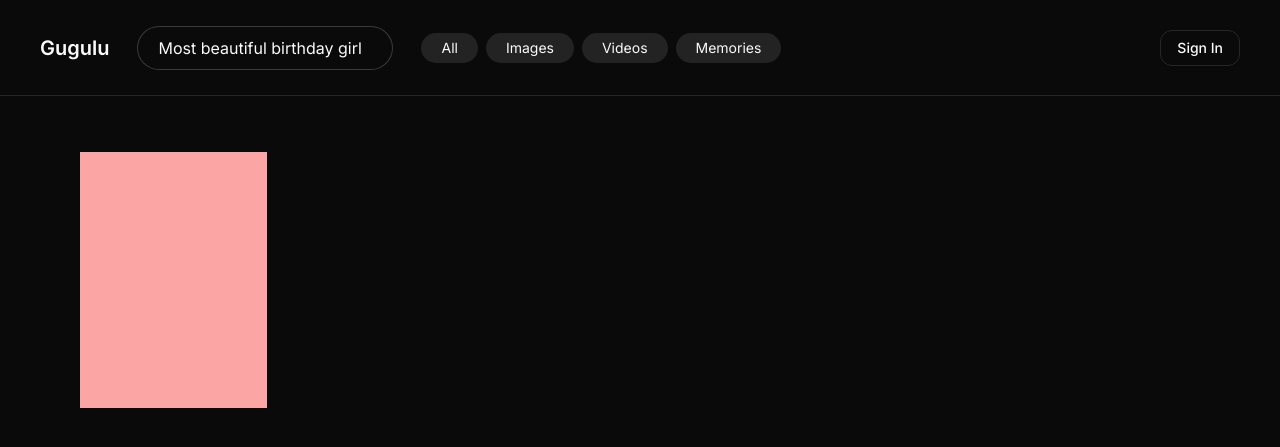
Repository: Harshgoel17/anshfinal
Page: /srishti/images
The author's editor kept a copy of each file at every save. The page is drawn from the files as they stood at one save, then again after the next save.
The browser window is 1280 px wide. The pictures show the whole page.
The project was rebuilt for these pictures with package versions that can differ from the ones it lists, and the page was loaded fresh each time. The framework's server and built-in components were replaced by stand-ins that run in the browser. Also part of the build but not shown: next.config.js.

Above is the page before, as saved 2023-10-06 16:33:43.

After the next save:
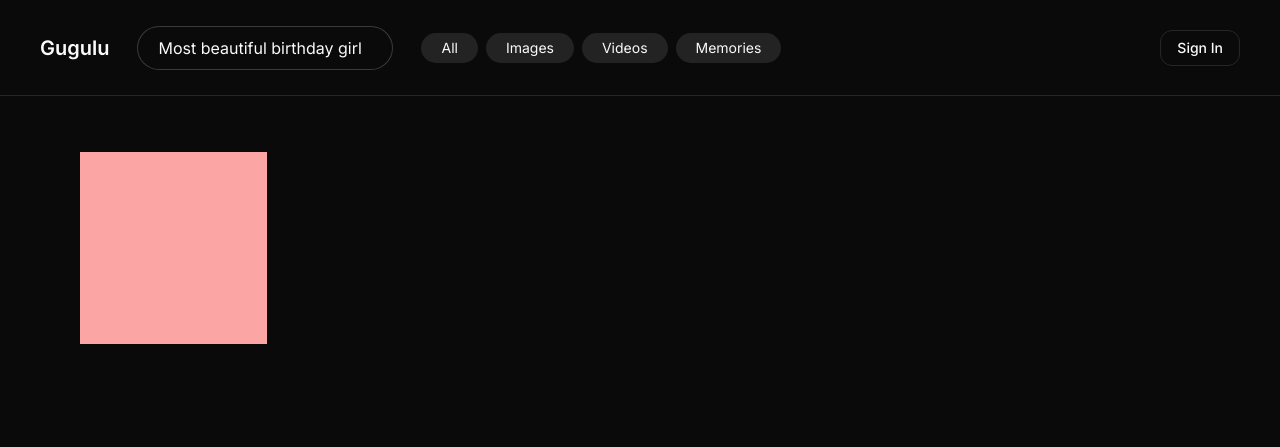
Saved 5 s later.
--- a/app/srishti/images/page.jsx
+++ b/app/srishti/images/page.jsx
@@ -7,7 +7,7 @@ const page = () => {
         <Navbar />
 
         <div className='py-14 px-20 grid grid-cols-6 w-full'>
-            <span className='bg-red-300 w-full min-h-32 h-64'></span>
+            <span className='bg-red-300 w-full min-h-32 h-48'></span>
         </div>
     </div>
   )
